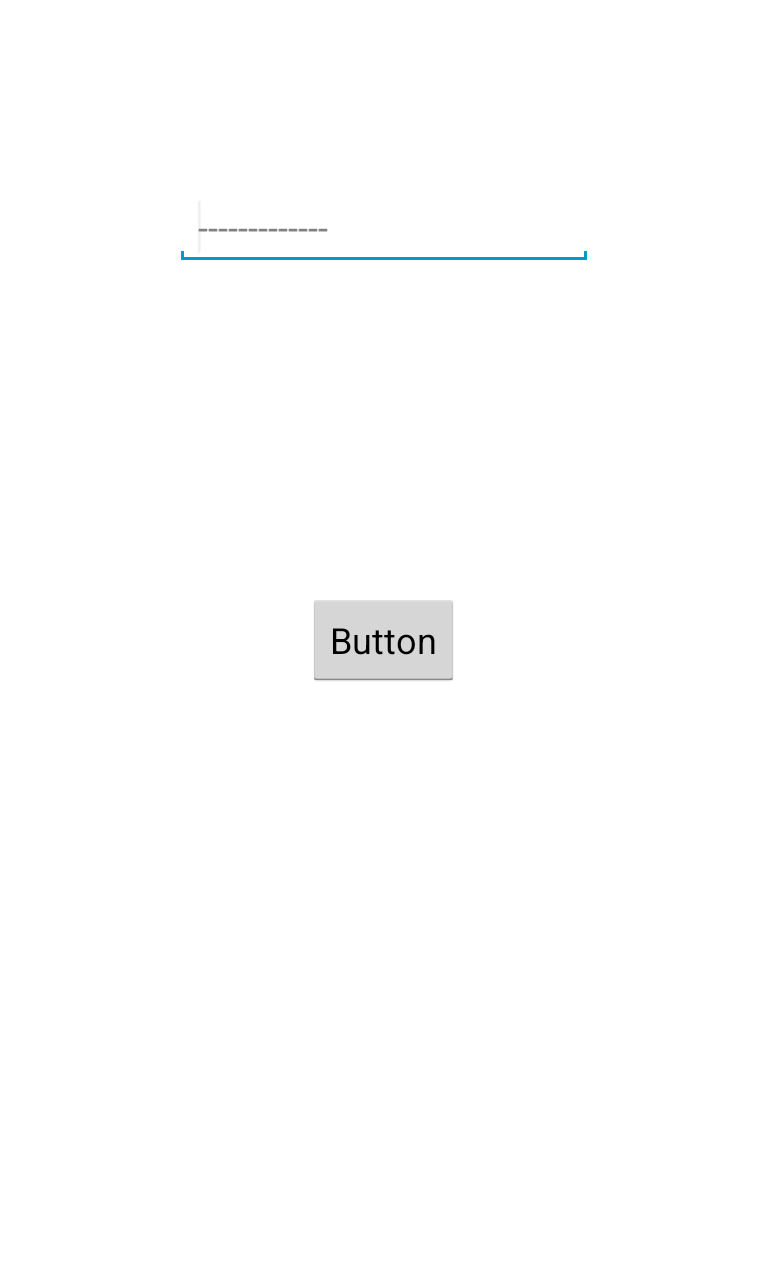
Repository: HGtz2222/LearningAndroid
Layout: test1/test1/res/layout/activity_main.xml
These files come from the project's save history. The layout is drawn as it stood at one moment and after a run of saves; the edit follows.
It is drawn on a 768 x 1280 px phone screen (xhdpi) without system bars, with theme AppTheme; the app's code is not run.

Above is the layout before, as saved 2014-09-15 10:59:25.

### test1/test1/res/layout/activity_main.xml
<RelativeLayout xmlns:android="http://schemas.android.com/apk/res/android"
    xmlns:tools="http://schemas.android.com/tools"
    android:layout_width="match_parent"
    android:layout_height="match_parent"
    android:paddingBottom="@dimen/activity_vertical_margin"
    android:paddingLeft="@dimen/activity_horizontal_margin"
    android:paddingRight="@dimen/activity_horizontal_margin"
    android:paddingTop="@dimen/activity_vertical_margin"
    tools:context=".MainActivity" >

    <include
        android:layout_width="wrap_content"
        android:layout_height="wrap_content"
        android:layout_alignParentTop="true"
        android:layout_centerHorizontal="true"
        android:layout_marginTop="78dp"
        layout="@layout/activity_menu" />

    <Button
        android:id="@+id/button1"
        android:layout_width="wrap_content"
        android:layout_height="wrap_content"
        android:layout_centerHorizontal="true"
        android:layout_centerVertical="true"
        android:text="Button" />

</RelativeLayout>

### test1/test1/res/layout/activity_menu.xml
<LinearLayout xmlns:android="http://schemas.android.com/apk/res/android"
    android:layout_width="fill_parent"
    android:layout_height="fill_parent"
    android:orientation="vertical" >

    <EditText
        android:id="@+id/editText1"
        android:layout_width="match_parent"
        android:layout_height="wrap_content"
        android:ems="10"
        android:hint="-------------" >

        <requestFocus />
    </EditText>

</LinearLayout>

Loaded but not shown: test1/test1/res/values/styles.xml (common file); test1/test1/res/values-v11/styles.xml (common file); test1/test1/res/values-v14/styles.xml (common file); test1/test1/res/values/dimens.xml (common file)

After the next 2 saves:
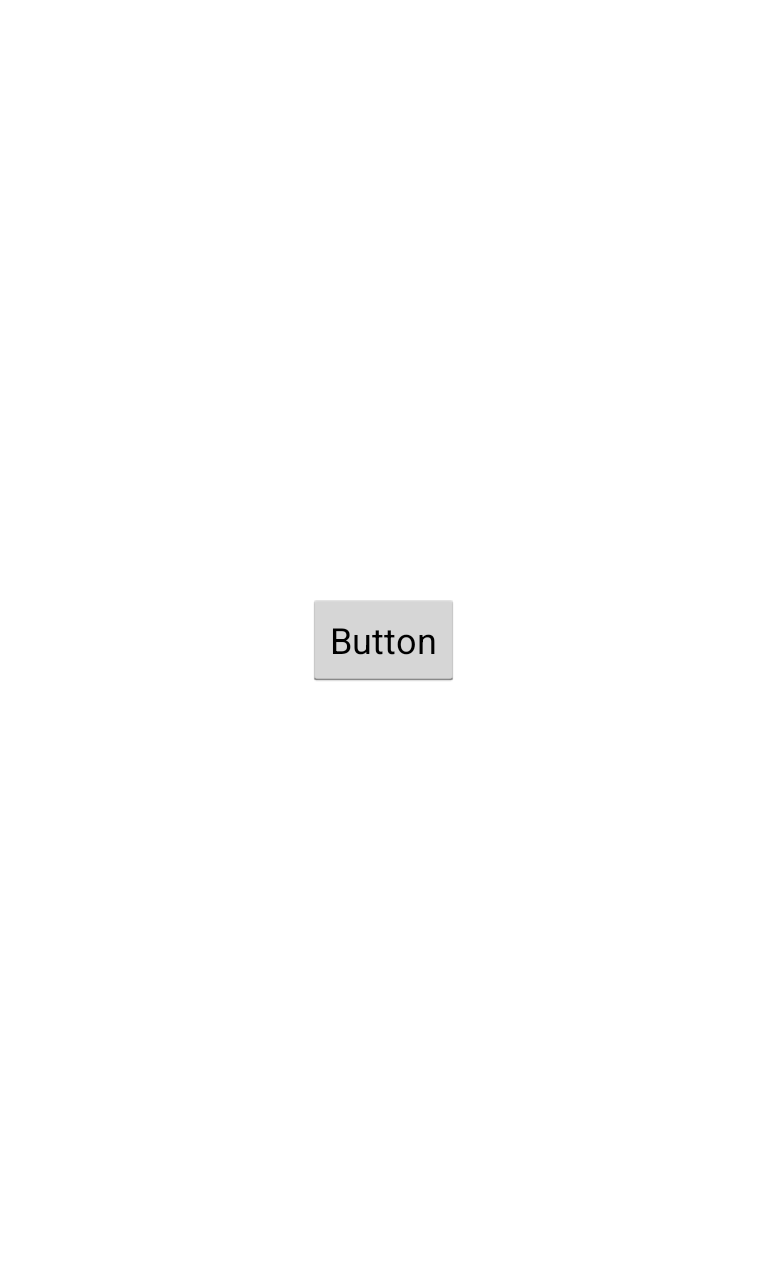
The 2 saves are shown as one change because they came seconds apart.
The last was saved 33 s later.
--- a/test1/test1/res/layout/activity_main.xml
+++ b/test1/test1/res/layout/activity_main.xml
@@ -8,13 +8,6 @@
     android:paddingTop="@dimen/activity_vertical_margin"
     tools:context=".MainActivity" >
 
-    <include
-        android:layout_width="wrap_content"
-        android:layout_height="wrap_content"
-        android:layout_alignParentTop="true"
-        android:layout_centerHorizontal="true"
-        android:layout_marginTop="78dp"
-        layout="@layout/activity_menu" />
 
     <Button
         android:id="@+id/button1"
